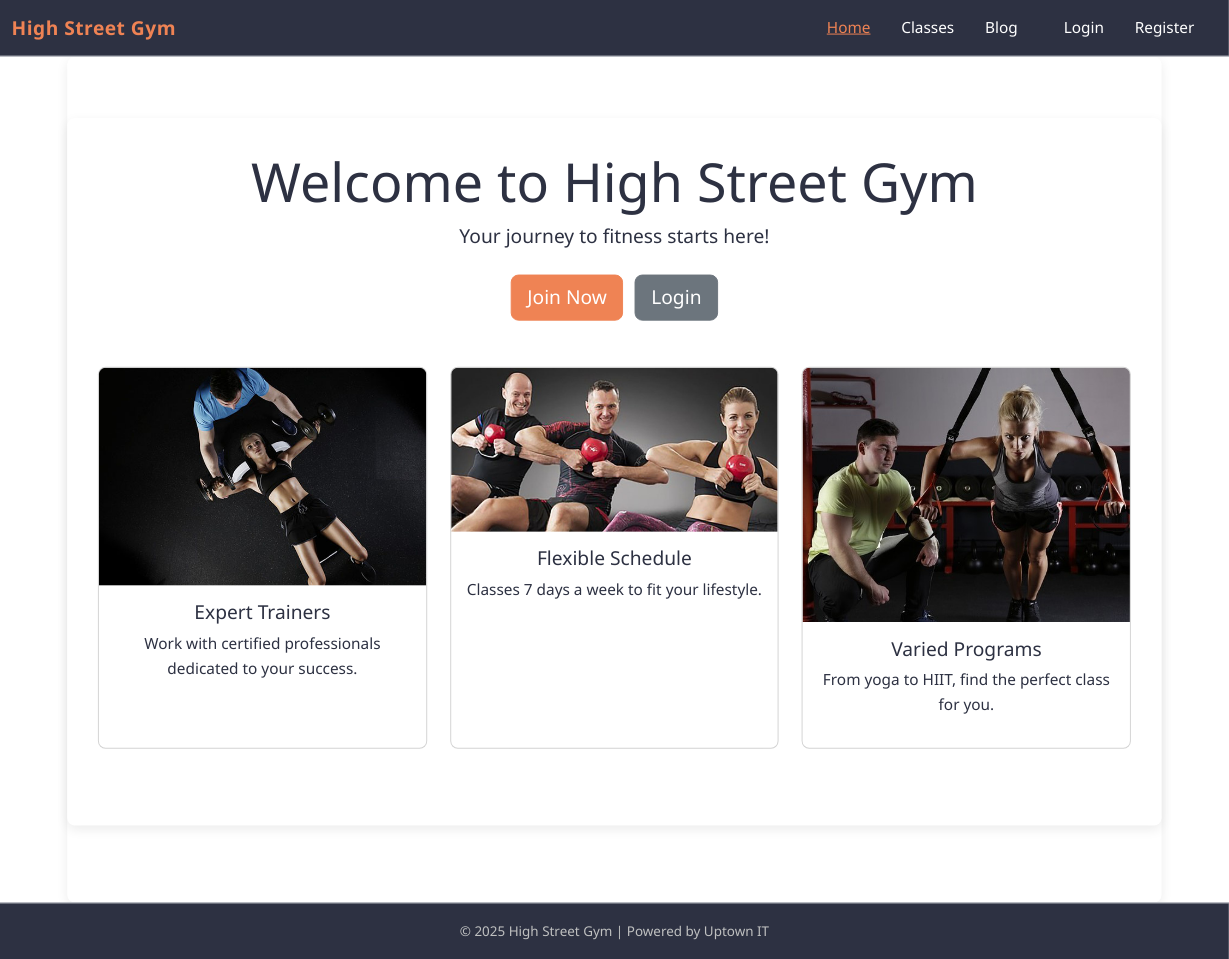
Repository: HBDSolutions/highstreetgym
Page: http://localhost/highstreetgym/controllers/content/home_controller.php
An editor plug-in stored every save of this project. The page is shown before and after the next save, followed by the edit.
The browser window is 1280 px wide. The pictures show the whole page, at 96% of full size.
The page is run by PHP 8.4 with error messages shown; the project is at /var/www/html/.

Above is the page before, as saved 2025-11-10 15:33:23.

After the next save:
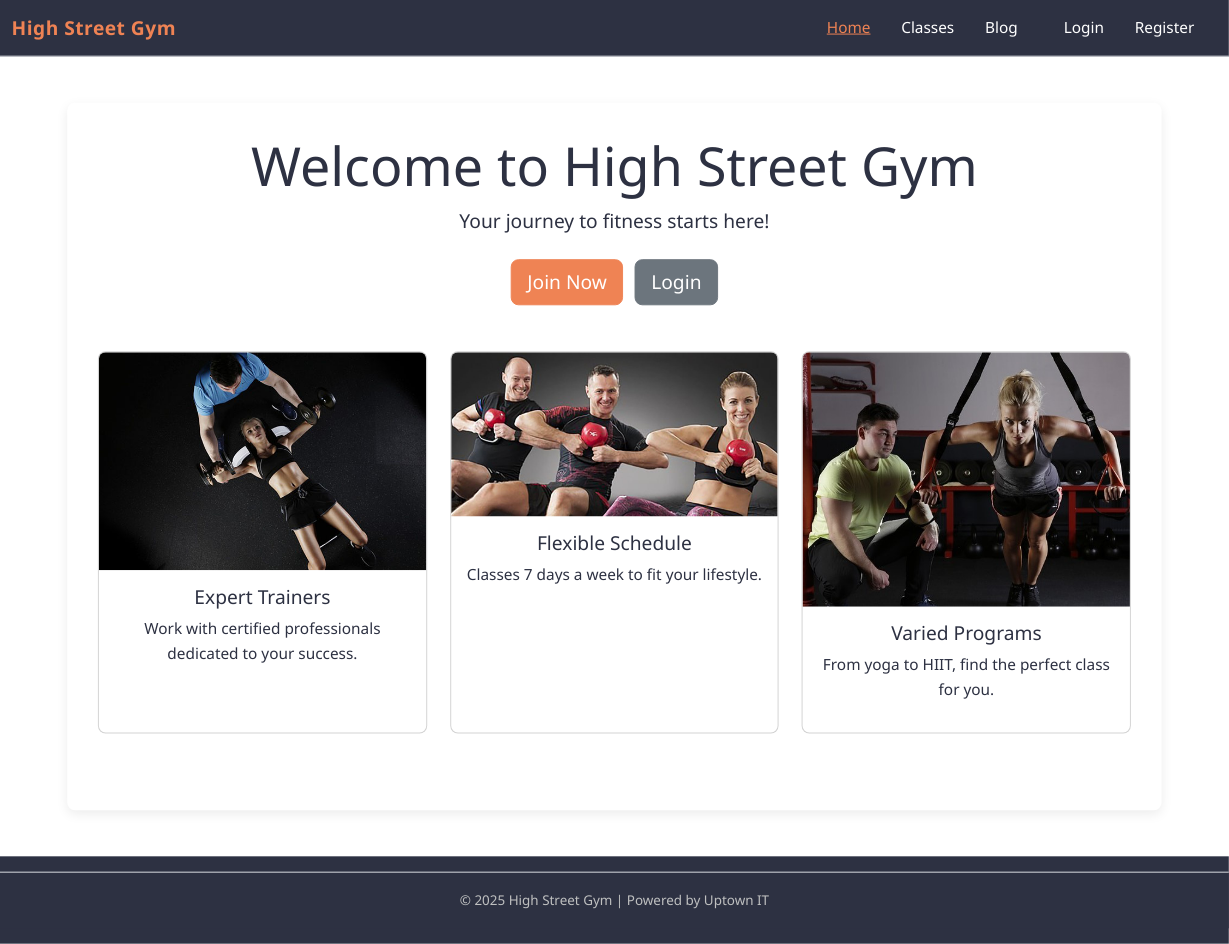
Saved 3 min 40 s later.
--- a/views/layouts/public.php
+++ b/views/layouts/public.php
@@ -1,29 +1,6 @@
 <?php
 // PUBLIC LAYOUT VIEW
-// PURPOSE: RENDERS PUBLIC PAGES AND INCLUDES $contentView
+
+$layoutRole = 'public';
+include __DIR__ . '/base.php';
 ?>
-<!DOCTYPE html>
-<html lang="en">
-<head>
-  <meta charset="utf-8">
-  <meta name="viewport" content="width=device-width, initial-scale=1">
-  <title><?= htmlspecialchars($title ?? 'High Street Gym') ?></title>
-  <link href="https://cdn.jsdelivr.net/npm/bootstrap@5.3.0/dist/css/bootstrap.min.css" rel="stylesheet">
-  <link rel="stylesheet" href="/highstreetgym/assets/css/style.css">
-</head>
-<body class="public-layout">
-
-  <?php include __DIR__ . '/../partials/nav.php'; ?>
-
-  <main class="container" style="padding:1rem 0 2rem;">
-    <?php include $contentView; ?>
-  </main>
-
-  <?php
-    $footer = __DIR__ . '/../partials/footer.php';
-    if (is_file($footer)) { include $footer; }
-  ?>
-
-  <script src="https://cdn.jsdelivr.net/npm/bootstrap@5.3.0/dist/js/bootstrap.bundle.min.js"></script>
-</body>
-</html>
